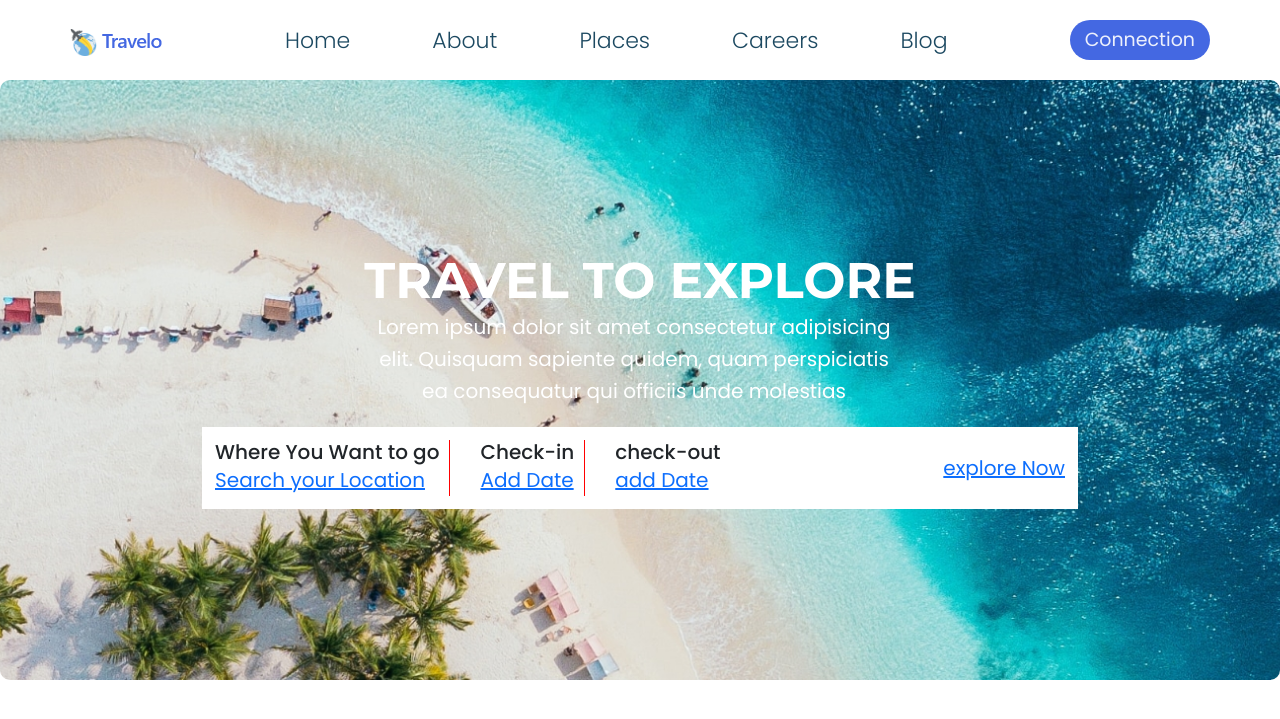
Repository: kuluong2000/travel
Page: index.html
The author's editor kept a copy of each file at every save. The page is drawn from the files as they stood at one save, then again after the next save.
The browser window is 1280 px wide. The pictures show the whole page.
The style sheet was rebuilt from its Sass, Less or Tailwind sources for each picture, by a compiler version that may differ from the author's.

Above is the page before, as saved 2021-09-03 23:35:05.

After the next save:
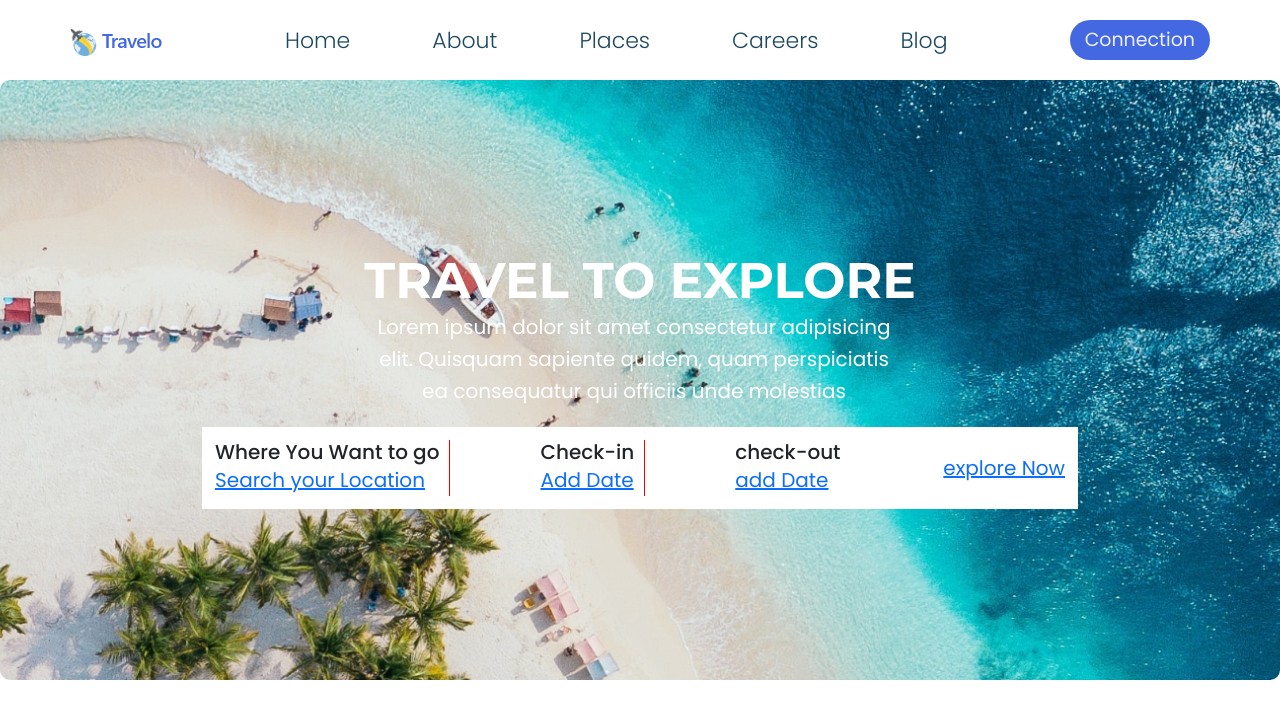
Saved 35 s later.
--- a/assets/sass/_banner.scss
+++ b/assets/sass/_banner.scss
@@ -45,7 +45,7 @@
 
 }
   &__main__item:not(:last-child){
-      margin-right: 30px;
+      margin-right: 90px;
       padding-right: 10px;
       border-right: 1px solid red;
 
